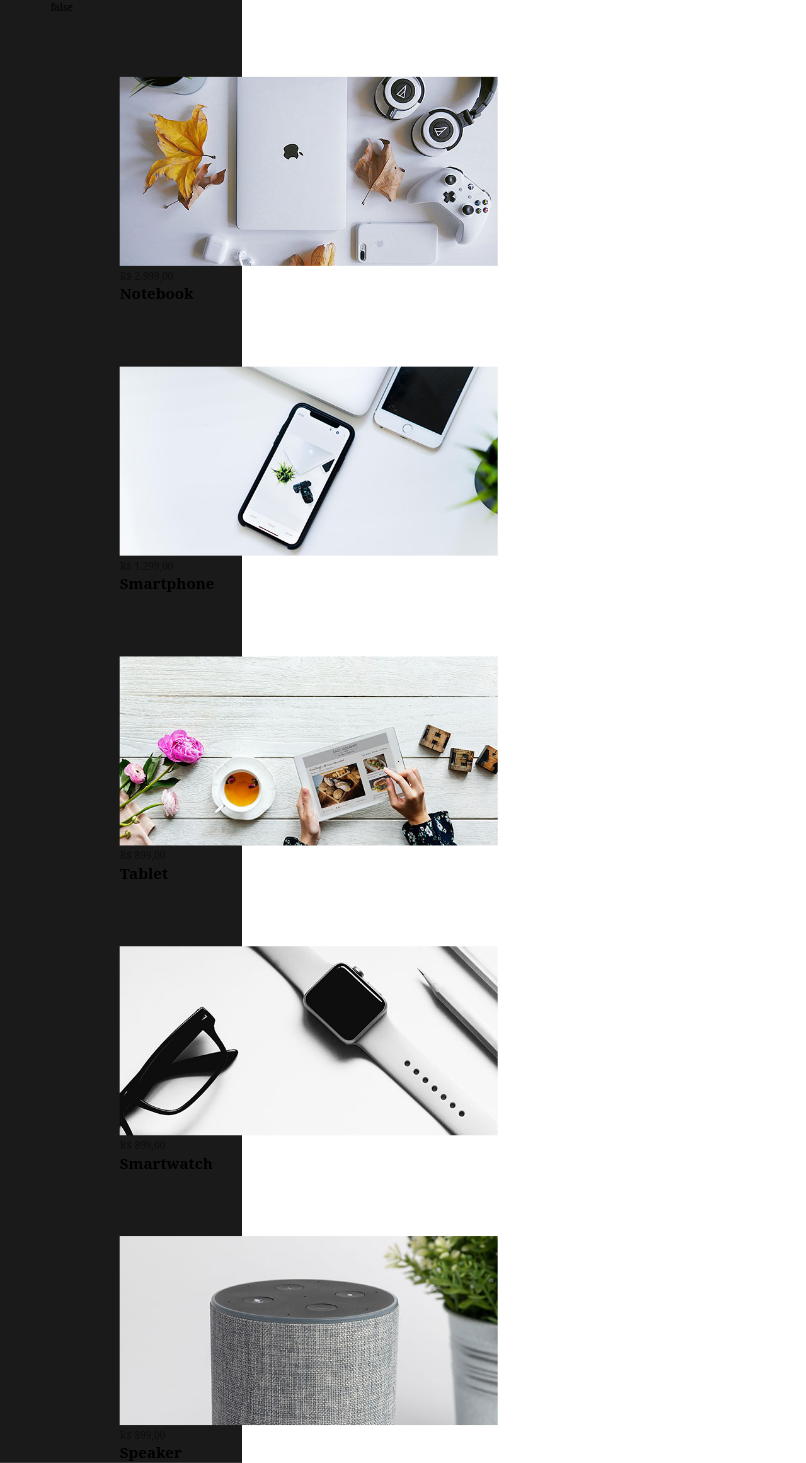
Repository: tomvieir/techno
Page: index.html
These files come from the project's save history. The page is drawn as it stood at one moment and after the next save; the edit follows.
The browser window is 1280 px wide. The pictures show the whole page, at 63% of full size.

Above is the page before, as saved 2022-06-23 17:00:17.

After the next save:
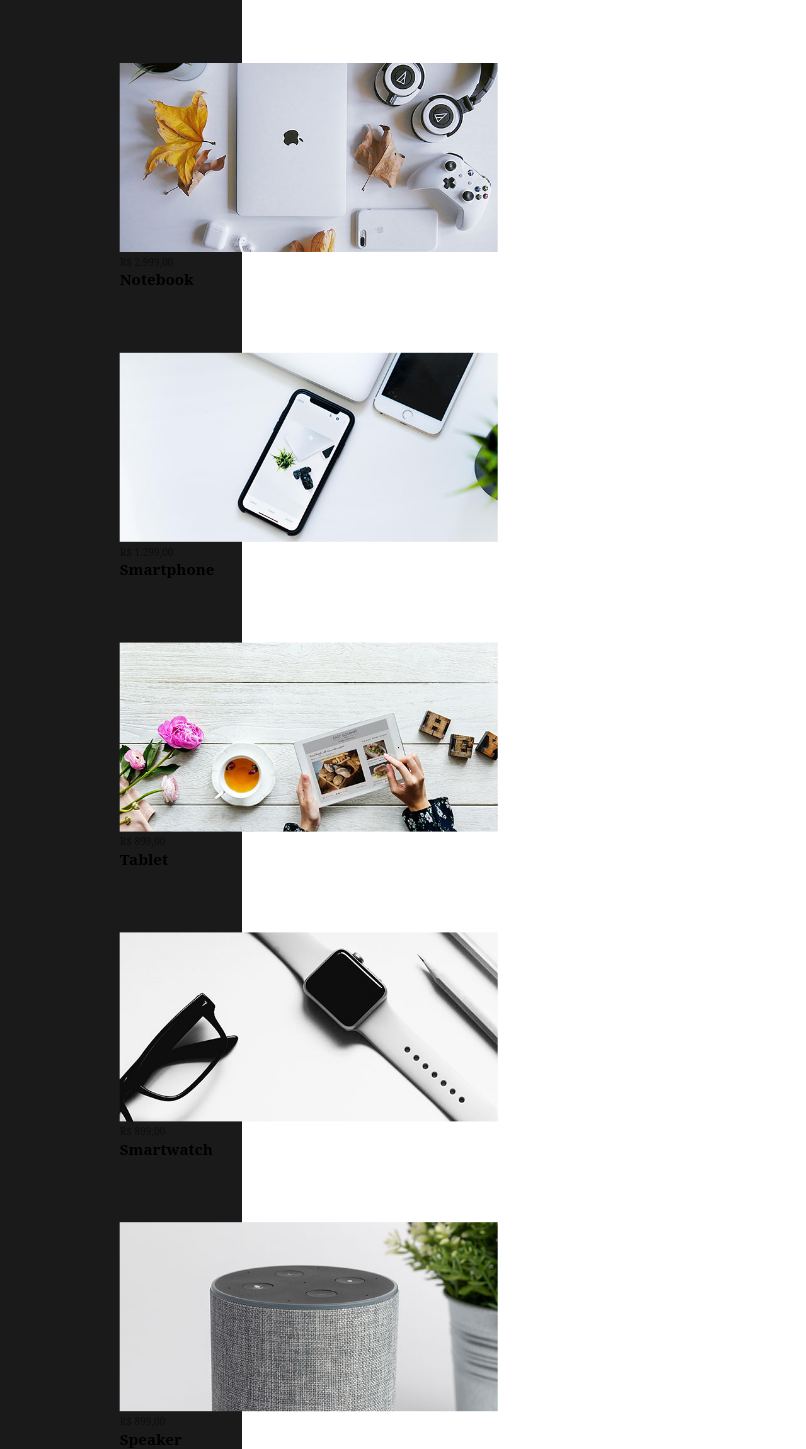
Saved 4 min 25 s later.
--- a/index.html
+++ b/index.html
@@ -11,7 +11,7 @@
 <body>
   <div id="app">
 
-    {{produto}}
+
 
     <section class="produtos">
       <div class="produtos" v-for="item in produtos" :key="item.id" @click="fetchProduto(item.id)">
